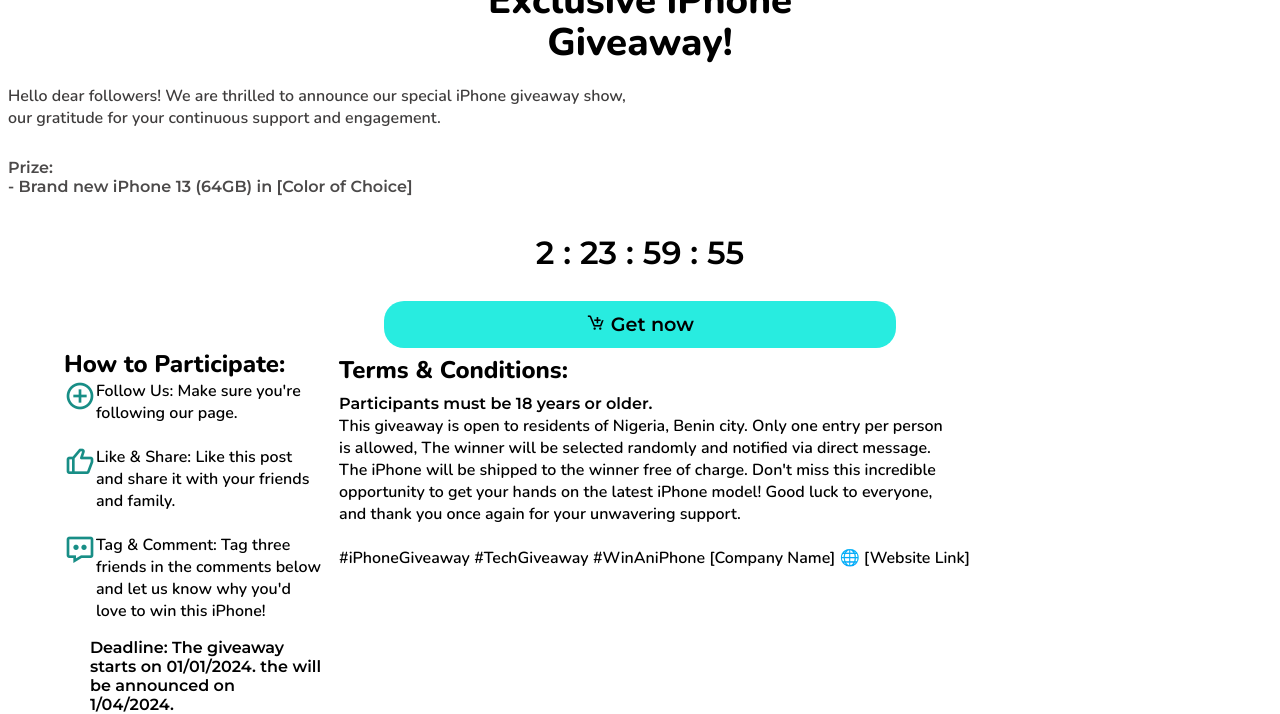
Repository: pasafista/freebie-iphone-webpage
Page: index.html
The author's editor kept a copy of each file at every save. The page is drawn from the files as they stood at one save, then again after the next save.
The browser window is 1280 px wide. The pictures show the part of the page from y = 792 to 1506 px (the page is 1506 px tall).
A picture or video elsewhere on the page could not be fetched, so the positions and the page height are approximate.

Above is the page before, as saved 2024-01-02 00:51:53.

After the next save:
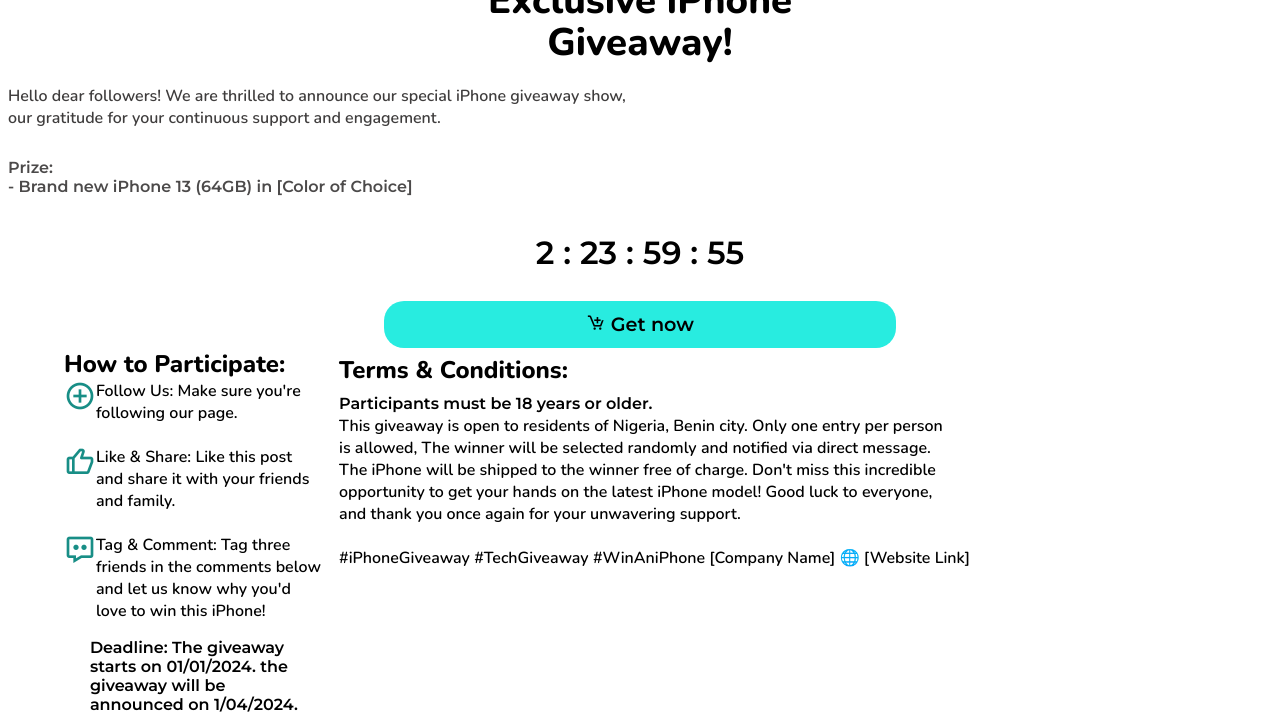
Saved 27 s later.
--- a/script.js
+++ b/script.js
@@ -56,5 +56,5 @@
 
     // Update the content of the info2 div
     var info2Div = document.querySelector('.info2');
-    info2Div.innerHTML = "Deadline: The giveaway starts on " + today + ". the  will be announced on " + threeDaysFromNow + ".";
+    info2Div.innerHTML = "Deadline: The giveaway starts on " + today + ". the giveaway will be announced on " + threeDaysFromNow + ".";
 });
